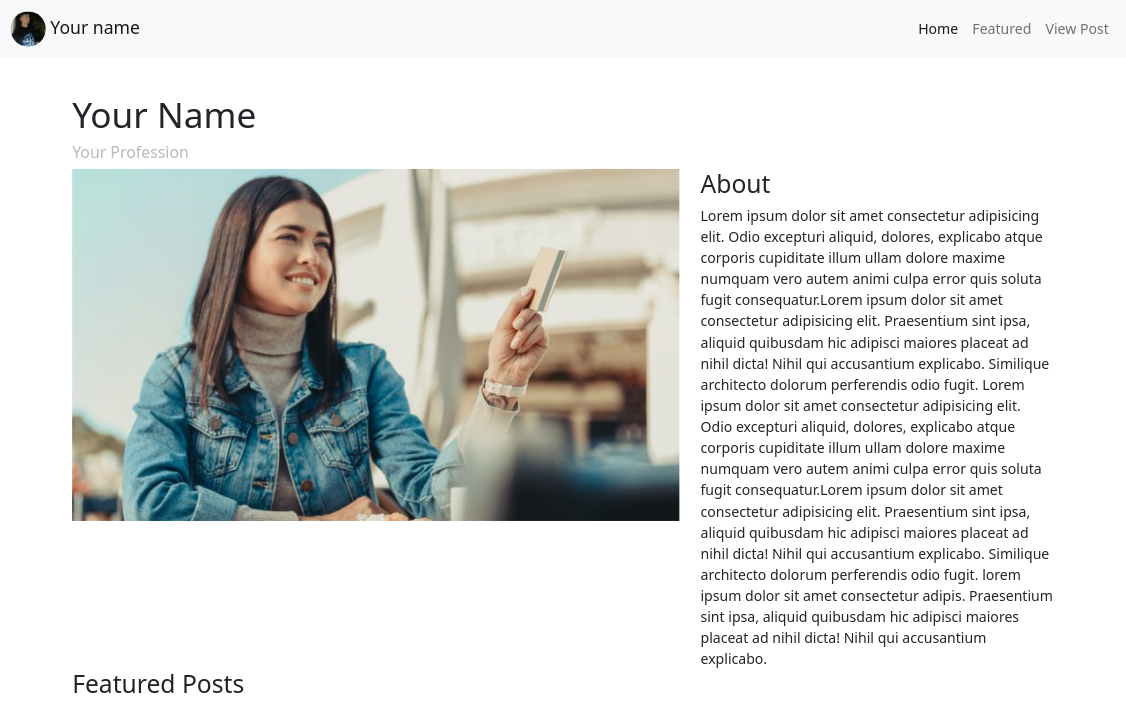
Repository: nvt01/72_1951061106_NgoVanTung
Page: BaiTh1/index.html
An editor plug-in stored every save of this project. The page is shown before and after a run of saves, followed by the edit.
The browser window is 1280 px wide. The pictures show the whole page, at 88% of full size.

Above is the page before, as saved 2021-11-30 22:13:56.

After the next 3 saves:
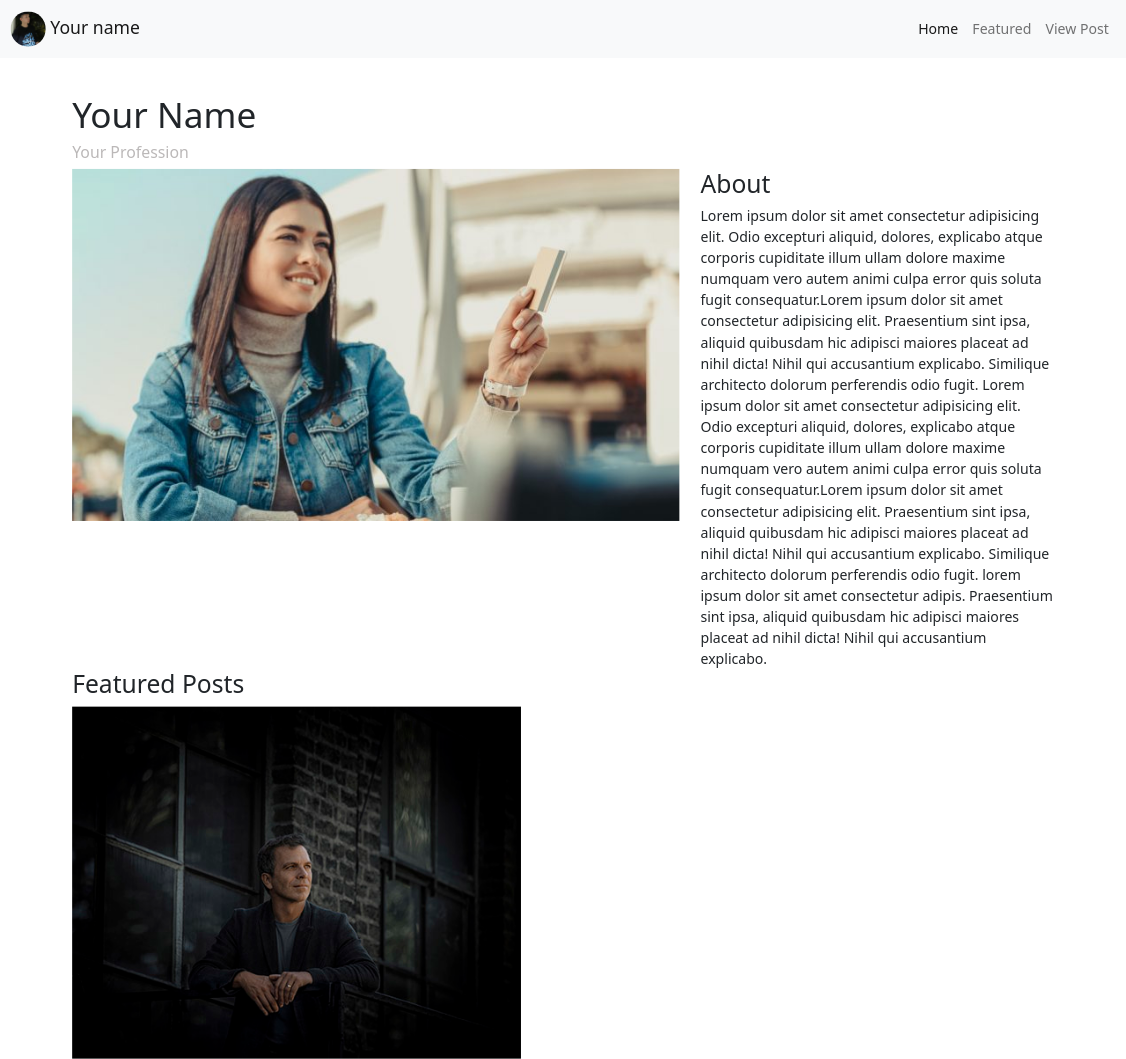
The 3 saves are shown as one change because they came seconds apart.
The last was saved 13 s later.
--- a/BaiTh1/index.html
+++ b/BaiTh1/index.html
@@ -51,7 +51,7 @@
         <h3>Featured Posts</h3>
         <div class="row">
             <div class="col">
-                <img src="" alt="">
+                <img src="./img/img2.jpeg" alt="">
             </div>
             <div class="col">
                 <img src="" alt="">
